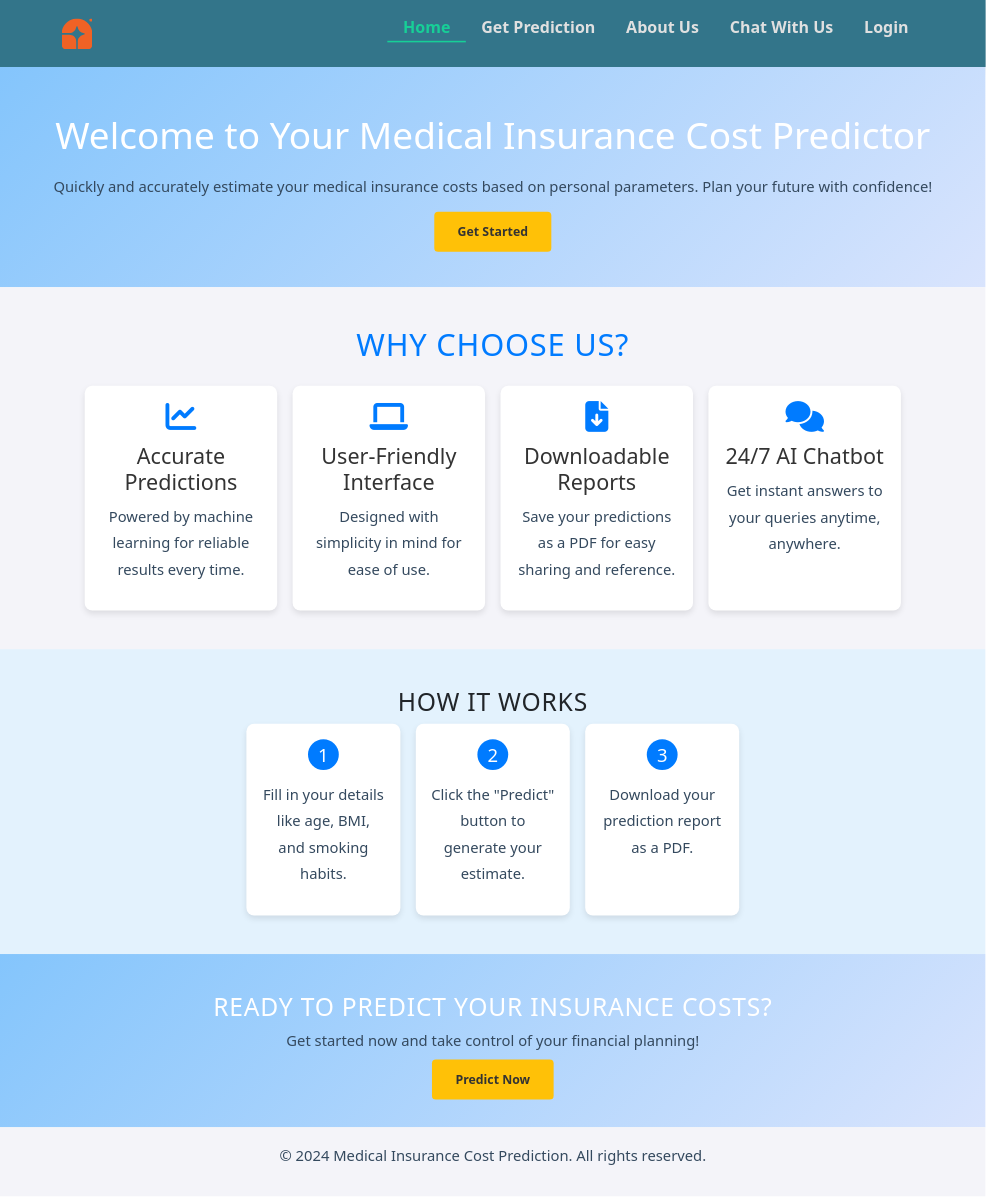
Repository: aabhashbasnet/MedicalInsuranceCostPredictionSystem
Page: / (app in frontend/)
These files come from the project's save history. The page is drawn as it stood at one moment and after a run of saves; the edit follows.
The browser window is 1280 px wide. The pictures show the whole page, at 77% of full size.
The project was rebuilt for these pictures with package versions that can differ from the ones it lists, and the page was loaded fresh each time. Also part of the build but not shown: frontend/src/pages/GetPrediction.css, frontend/src/pages/GetPrediction.js, frontend/src/pages/AboutUs.js, frontend/src/pages/ChatBot.js, frontend/src/pages/Login.js, frontend/src/pages/Signup.js, frontend/src/pages/DetailsPage.css, frontend/src/pages/DetailsPage.js.

Above is the page before, as saved 2025-01-23 16:37:00.

After the next 2 saves:
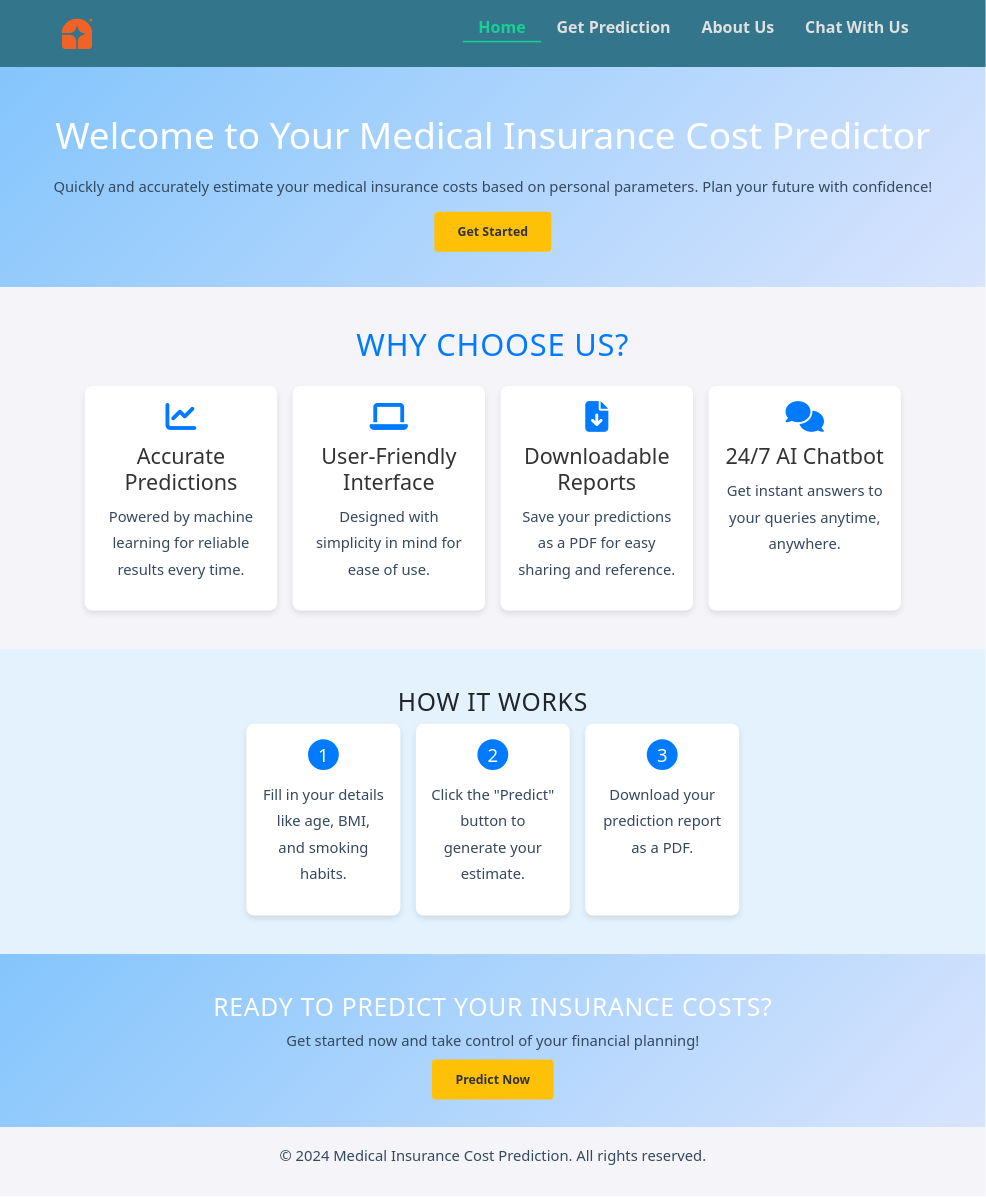
The 2 saves are shown as one change because they came seconds apart.
The last was saved 4 h 17 min later.
--- a/frontend/src/components/Navbar.js
+++ b/frontend/src/components/Navbar.js
@@ -53,14 +53,6 @@ class Navbar extends Component {
                                     Chat With Us
                                 </NavLink>
                             </li>
-                            <li>
-                                <NavLink
-                                    to="/login"
-                                    activeClassName="active"
-                                >
-                                    Login
-                                </NavLink>
-                            </li>
                         </ul>
                     </div>
 
